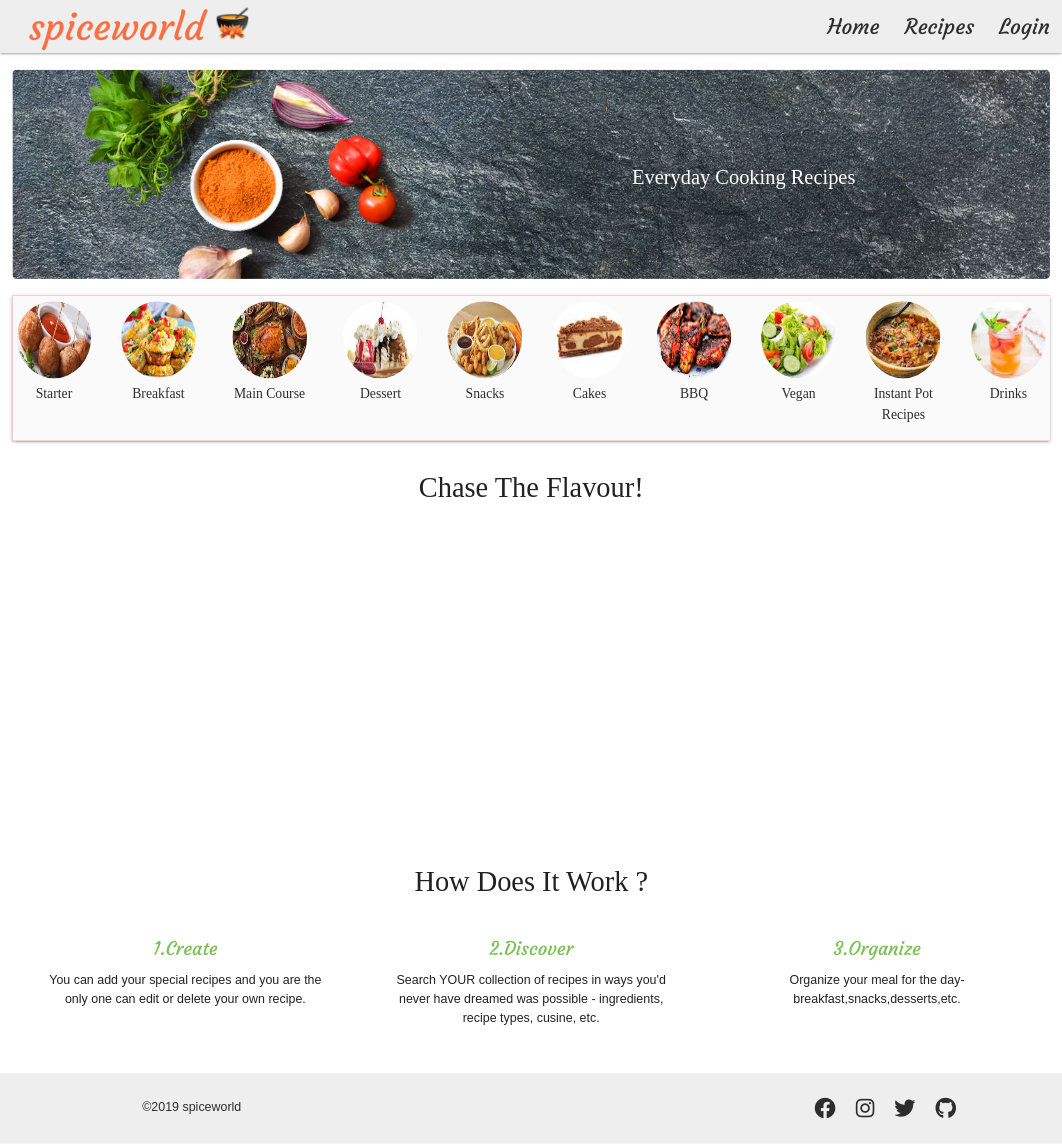
Repository: stephyraju/spiceworld
Page: http://localhost/
The author's editor kept a record of every edit. The page is drawn from the files as they stood at one moment, then again after the next edit.
The browser window is 1280 px wide. The pictures show the whole page, at 83% of full size.
Some web libraries are served in a nearby version. The page is served by the project's application, run on Flask 3 (app.py). Queries for data that is not in the repository find no rows.

Above is the page before.
Console error: TypeError: Cannot read properties of undefined (reading 'clientWidth')

### templates/index.html
{% extends 'base.html'%} {% block content %}
<!-- Title image -->
<section class="title-container section-container">
 <img src="{{ url_for('static', filename='images/titleimg.jpg') }}" alt="title image">
 <div class="intro-content">
  <h5>Everyday Cooking Recipes</h5>
 </div>
</section>

<!-- Subnav-Category -->
<section class="category-container section-container">
<nav>
    <div class="nav-wrapper grey lighten-5 subnav-filters">
      <ul class="menu-list center">
        <li>
        <img class="subnav-img" src="{{ url_for('static', filename='images/starter.jpeg') }}" alt="Starter">
        <a href="{{ url_for('get_starter') }}">Starter</a>
        </li>
        <li>
        <img class="subnav-img" src="{{ url_for('static', filename='images/bf.jpeg') }}" alt="Breakfast">
        <a href="{{ url_for('get_breakfast') }}">Breakfast</a>
        </li>
        <li>
        <img class="subnav-img" src="{{ url_for('static', filename='images/main.jpeg') }}" alt="Main Course">
        <a href="{{ url_for('get_main') }}">Main Course</a>
        </li>
        <li>
        <img class="subnav-img" src="{{ url_for('static', filename='images/dessert.jpeg') }}" alt="Dessert">
        <a href="{{ url_for('get_dessert') }}">Dessert</a>
        </li>
        <li>
        <img class="subnav-img" src="{{ url_for('static', filename='images/snacks.jpeg') }}" alt="Snacks">
        <a href="{{ url_for('get_snacks') }}">Snacks</a>
        </li>
        <li>
        <img class="subnav-img" src="{{ url_for('static', filename='images/cakes.jpeg') }}" alt="Cakes">
        <a href="{{ url_for('get_cakes') }}">Cakes</a>
        </li>
        <li>
        <img class="subnav-img" src="{{ url_for('static', filename='images/bbq.jpeg') }}" alt="BBQ">
        <a href="{{ url_for('get_bbq') }}">BBQ</a>
        </li>
        <li>
        <img class="subnav-img" src="{{ url_for('static', filename='images/vegan.jpeg') }}" alt="VeganRecipes">
        <a href="{{ url_for('get_vegan') }}">Vegan</a>
        </li>
        <li>
        <img class="subnav-img" src="{{ url_for('static', filename='images/instant.jpeg') }}" alt="Instant Pot Recipes">
        <a href="{{ url_for('get_instant') }}">Instant Pot<br> Recipes</a>
        </li>
        <li>
        <img class="subnav-img" src="{{ url_for('static', filename='images/drinks.jpeg') }}" alt="Drinks">
        <a href="{{ url_for('get_drinks') }}">Drinks</a>
        </li>
      </ul>
    </div>
  </nav>

<!--

   <nav>
    <div class="nav-wrapper transparent subnav-filters">
      <ul class="center hide-on-med-and-down">
        <li>
        <img class="subnav-img" src="{{ url_for('static', filename='images/starter.jpeg') }}" alt="Starter">
        <a href="{{ url_for('get_starter') }}">Starter</a>
        </li>
        <li><a href="badges.html">Components</a></li>
        <li><a href="collapsible.html">JavaScript</a></li>
      </ul>
    </div>
  </nav>
  -->
</section>
<!-- Carosal-Display -->
<section class="carosal-section">
        <div class="col s12 carousel-display ">
        <h4 class="center">Chase The Flavour!</h4>
            <div class="carousel">
                {% for recipe in recipes%}
                <div class="carousel-item">
                    <div class="row">
                        <div class="col s12">
                            <a href="{{url_for('view_recipe', recipe_id=recipe._id)}}">
                                {% if recipe.image_url %}
                                <img class="responsive-img"
                                    src="{{recipe.image_url}}">
                                {% else %}
                                <img class="img-carousel" src="{{url_for('static', filename='img/default.jpg')}}">
                                {% endif %}
                            </a>
                        </div>
                    </div>
                    <div class="row recipe-name">
                        <div class="col s12 center-align">
                            <h5 class="teal-text"> {{recipe.recipe_name}} </h5>
                        </div>
                    </div>

                </div>
                {% endfor %}
            </div>
        </div>

    </section>

<!-- Description -->
<section class="section-container div-description">
 <div class="row cells center">
  <div class="col s12">
   <h4> How Does It Work ?</h3>
  </div>
  <div class="col s12 m4 content">
   <h5>1.Create</h5>
   <p>You can add your special recipes and you are the only one can edit or delete your own recipe.</p>
  </div>
  <div class="col s12 m4 content">
   <h5>2.Discover</h5>
   <p>Search YOUR collection of recipes in ways you'd never have dreamed was possible - ingredients, recipe types, cusine, etc. </p>
  </div>
  <div class="col s12 m4 content">
   <h5>3.Organize</h5>
   <p>Organize your meal for the day-breakfast,snacks,desserts,etc. </p>
  </div>
 </div>
</section>

{% endblock %}

### templates/base.html
<!DOCTYPE html>
<html lang="en">

<head>
  <meta charset="UTF-8">
  <meta name="viewport" content="width=device-width, initial-scale=1.0">
  <meta http-equiv="X-UA-Compatible" content="ie=edge">
  <title>spiceworld</title>

  <!--Import Google Icon Font-->
  <link href="https://fonts.googleapis.com/icon?family=Material+Icons" rel="stylesheet">
  <!--Font Awesome-->
  <link rel="stylesheet" href="https://use.fontawesome.com/releases/v5.8.2/css/all.css" integrity="sha384-oS3vJWv+0UjzBfQzYUhtDYW+Pj2yciDJxpsK1OYPAYjqT085Qq/1cq5FLXAZQ7Ay" crossorigin="anonymous">
  <!--Materialize CSS-->
  <link rel="stylesheet" href="https://cdnjs.cloudflare.com/ajax/libs/materialize/1.0.0/css/materialize.min.css">
  <!--CSS-->
  <link rel="stylesheet" href="{{ url_for('static', filename='css/style.css')}}" type="text/css" />

</head>

<body>

  <!--Header-->
  <header class="navbar-fixed">
    <nav>
      <div class="nav-wrapper grey lighten-3">
        <a href="#" class="brand-logo">spiceworld <img class="hide-on-med-and-down" src="{{ url_for('static', filename='images/logo.png') }}"></a>
        <a href="#" data-target="mobile-sidenav" class="sidenav-trigger"><i class="fas fa-bars"></i></a>
        <ul id="nav-mobile" class="right hide-on-med-and-down">
          <li><a href="{{ url_for('index') }}">Home</a></li>
          <li><a href="{{ url_for('get_recipes') }}">Recipes</a></li>
          {% if 'username' in session %}
          <li><a href="{{ url_for('add_recipe') }}">Add Recipes</a></li>
          {% endif %}
          <li><a href="{{url_for('login')}}">Login</a></li>
          {% if 'username' in session %}
          <li><a href="{{url_for('logout')}}">Logout</a></li>
          {% endif %}
        </ul>
      </div>
    </nav>
  </header>
  <!--Sidenav-->
  <ul class="sidenav" id="mobile-sidenav">
    <img class="responsive-img" src="{{ url_for('static', filename='images/sidenav.png') }}" alt="spices-image">

    <li><a class="active" href="{{ url_for('index') }}">Home</a></li>
    <li><a href="{{ url_for('get_recipes') }}">Recipes</a></li>
          <li><a href="{{ url_for('add_recipe') }}">Add Recipes</a></li>
          <li><a href="{{url_for('login')}}">Login</a></li>
    <li><a class="waves-effect" href="#!">Third Link With Waves</a></li>
  </ul>

  <main>
    {% block content %}
    {% endblock %}
  </main>

  <footer class="page-footer grey lighten-3">

     <div class="row footer-content">
        <div class="col s5 m6">
          <div class="copyright">&copy;2019 spiceworld</div>
        </div>
        <div class="col s7 m3">
                    <a href="https://www.facebook.com/" target="_blank"><i class="fab fa-facebook social-icon"></i></a>
                    <a href="https://www.instagram.com/" target="_blank"><i class="fab fa-instagram social-icon"></i></a>
                    <a href="https://www.twitter.com/" target="_blank"><i class="fab fa-twitter social-icon"></i></a>
                    <a href="https://github.com/stephyraju" target="_blank"><i class="fab fa-github social-icon"></i></a>
        </div>

      </div>

  </footer>

  <script src="https://code.jquery.com/jquery-3.4.0.slim.js" integrity="sha256-milezx5lakrZu0OP9b2QWFy1ft/UEUK6NH1Jqz8hUhQ=" crossorigin="anonymous"></script>
  <script src="https://cdnjs.cloudflare.com/ajax/libs/materialize/1.0.0/js/materialize.min.js"></script>
  <script src="{{ url_for('static', filename='js/main.js') }}"></script>
</body>

</html>

### app.py
import os
from flask import Flask, render_template, redirect, request, url_for, session, flash
from flask_pymongo import PyMongo
from bson.objectid import ObjectId
import bcrypt
import logging


# declaring app name
app = Flask(__name__)

app.config['SECRET_KEY'] = os.getenv('SECRET')
app.config["MONGO_DBNAME"] = 'cook_book'
app.config["MONGO_URI"] = os.getenv('MONGO_URI', 'mongodb://localhost')

# Logging Config
logging.basicConfig(level=logging.INFO)


mongo = PyMongo(app)

@app.route('/')
@app.route('/index')
def index():

    return render_template("index.html", recipes=mongo.db.recipes.find())

#@app.route('/get_recipes',methods=['POST','GET'])
#def get_recipes():
 #   return render_template("recipes.html", recipes=mongo.db.recipes.find())


# -------CREATE---------#

@app.route('/add_recipe')
def add_recipe():
     return render_template("addrecipe.html",
               recipes=mongo.db.recipes.find(),
               categories = mongo.db.categories.find(),
               cuisines=mongo.db.cuisines.find(),
               difficulty=mongo.db.difficulty.find(),
               allergens=mongo.db.allergens.find())


@app.route('/insert_recipe', methods=['POST'])
def insert_recipe():
    print(request.form)
    print(request.form.getlist('ingredients[]'))
    print(request.form.getlist('preparation[]'))
    print(request.form.to_dict())
    recipes = mongo.db.recipes
    data = request.form.to_dict()
    data.update({'ingredients':request.form.getlist('ingredients[]')})
    data.update({'preparation':request.form.getlist('preparation[]')})
    del data['ingredients[]']
    del data['preparation[]']
    recipes.insert_one(data)
    return redirect(url_for('get_recipes'))

#-------READ--------#

@app.route("/get_recipes", methods=['GET'])
def get_recipes():
    return render_template('recipes.html',
                         recipes=mongo.db.recipes.find(),
                         categories = mongo.db.categories.find())

@app.route('/view_recipe/recipe_id?=<recipe_id>')
def view_recipe(recipe_id):
    recipe = mongo.db.recipes.find_one({"_id": ObjectId(recipe_id)})
    return render_template('view.html',
                        title='View Recipe',
                        username=session['username'],
                        recipe=recipe)
#-----------Search-----------#
@app.route('/search', methods=['POST'])
def search():
    print(request.form)
    print(request.form.to_dict())
    word_find = request.form["word_find"]
    mongo.db.recipes.create_index([("$**", 'text')])
    recipes = mongo.db.recipes.find({"$text":{"$search": word_find}})
    return render_template('recipes.html',
                            title="View recipes",
                            recipes=recipes,
                            username=session['username'],
                            categories = mongo.db.categories.find(),
                            cuisines=mongo.db.cuisines.find(),
                            difficulty=mongo.db.difficulty.find(),
                            allergens=mongo.db.allergens.find())


@app.route('/get_starter', methods=['GET'])
def get_starter():
    return render_template('recipes.html', title='Starters', recipes=mongo.db.recipes.find({'category_name': 'Starter'}))

@app.route('/get_breakfast', methods=['GET'])
def get_breakfast():
    return render_template('recipes.html', title='Desserts', recipes=mongo.db.recipes.find({'category_name': 'Breakfast'}))

@app.route('/get_main', methods=['GET'])
def get_main():
    return render_template('recipes.html', title='Main course', recipes=mongo.db.recipes.find({'category_name': 'Main Course'}))

@app.route('/get_dessert', methods=['GET'])
def get_dessert():
    return render_template('recipes.html', title='Desserts', recipes=mongo.db.recipes.find({'category_name': 'Dessert'}))

@app.route('/get_snacks', methods=['GET'])
def get_snacks():
    return render_template('recipes.html', title='Snacks', recipes=mongo.db.recipes.find({'category_name': 'Snacks'}))

@app.route('/get_cakes', methods=['GET'])
def get_cakes():
    return render_template('recipes.html', title='Cakes', recipes=mongo.db.recipes.find({'category_name': 'Cakes'}))

@app.route('/get_bbq', methods=['GET'])
def get_bbq():
    return render_template('recipes.html', title='BBQ', recipes=mongo.db.recipes.find({'category_name': 'BBQ'}))

@app.route('/get_vegan', methods=['GET'])
def get_vegan():
    return render_template('recipes.html', title='Vegan', recipes=mongo.db.recipes.find({'category_name': 'Vegan'}))

@app.route('/get_instant', methods=['GET'])
def get_instant():
    return render_template('recipes.html', title='Instant Pot', recipes=mongo.db.recipes.find({'category_name': 'Instant Pot'}))

@app.route('/get_drinks', methods=['GET'])
def get_drinks():
    return render_template('recipes.html', title='Drinks', recipes=mongo.db.recipes.find({'category_name': 'Drinks'}))

#-----------UPDATE-----------#

@app.route('/edit_recipe/<recipe_id>',methods=['GET'])
def edit_recipe(recipe_id):
    recipe = mongo.db.recipes.find_one({"_id":ObjectId(recipe_id)})
    return render_template('editrecipe.html',
                            recipe=recipe,
                            categories=mongo.db.categories.find(),
                            cuisine=mongo.db.cuisine.find(),
                            difficulty=mongo.db.difficulty.find(),
                            allergens=mongo.db.allergens.find())

@app.route('/update_recipe/<recipe_id>', methods=["POST"])
def update_recipe(recipe_id):
    print(mongo.db.recipes.find_one({"_id": ObjectId(recipe_id)}))
    print(request.form)
    print(request.form.to_dict())
    recipes = mongo.db.recipes
    recipes.update({"_id":ObjectId(recipe_id)},
        {
        'recipe_name':request.form.get('recipe_name'),
        'author':request.form.get('author'),
        'category_name':request.form.get('category_name'),
        'description': request.form.get('description'),
        'serves':request.form.get('serves'),
        'cooking_time':request.form.get('cooking_time'),
        'cuisine':request.form.get('cuisine'),
        'difficulty':request.form.get('difficulty'),
        'allergens':request.form.get('allergens'),
        'image_url' :request.form.get('image_url'),
        'ingredients':request.form.getlist('ingredients[]'),
        'preparation':request.form.getlist('preparation[]')
        })
    return redirect(url_for('view_recipe',recipe_id=recipe_id))

#-----------DELETE-----------#
@app.route('/delete_recipe/<recipe_id>')
def delete_recipe(recipe_id):
    mongo.db.recipes.remove({"_id":ObjectId(recipe_id)})
    return redirect(url_for('get_recipes'))

#-----------Register-----------#
#https://www.youtube.com/watch?v=vVx1737auSE

@app.route('/register', methods=['GET','POST'])
def register():
    logging.info('Inside Registering.....')
    if request.method == 'POST':
        logging.info('User name: ' + str(request.form['username'].lower()))
        session['username'] = request.form['username'].lower()
        logging.info('Mongo User: ' + str(mongo.db.users))
        users = mongo.db.users
        user_exists = users.find_one({'author':request.form['username'].lower()})
        logging.info('User exists: ' + str(user_exists))

        if user_exists is None:
            logging.info('User Does not exist. Creating new user')
            hashpass = bcrypt.hashpw(request.form['password'].encode('utf-8'), bcrypt.gensalt())
            users.insert({'author':request.form['username'].lower(), 'password':hashpass})
            session['username'] = request.form['username'].lower()
            return redirect(url_for('get_recipes'))

        flash('Username already exists, please choose a different one.')
        logging.info('User already exist. Skipping new user')
        session.pop('username', None)
        return render_template('register.html', title="Register")

    return render_template('register.html', title="Register")

#-----------Login-----------#

@app.route('/login',methods=['GET','POST'])
def login():
    if request.method == 'POST':
        session["username"] = request.form["username"].lower()
        users = mongo.db.users
        user_login = users.find_one({'author':request.form['username'].lower()})

        if user_login:
            if bcrypt.hashpw(request.form['password'].encode('utf-8'), user_login['password']) == user_login['password']:
                # session["username"] = request.form["username"].lower()
                return redirect(url_for('get_recipes'))

        flash('The login details are not correct')
        session.pop('username', None)
        return render_template('login.html',  title="Login")

    return render_template('login.html',  title="Login")

#-----------Logout-----------#
@app.route('/logout')
def logout():
   # remove the username from the session if it is there
   session.pop('username', None)
   return redirect(url_for('index'))

#-----------Account-----------#
@app.route("/account/<account_name>, methods=['GET']")
def account(account_name):
    logging.info("Account Name is: " + str(account_name))
    #users = mongo.db.users
    #logging.info("Users are: " + str(users))
    #logging.info("Users find all are: " + str(users.find()))
    #user_exists = users.find_one({'author':request.form['users'].lower()})
    #logging.info('User exists: ' + str(user_exists))


    recipes_submitted_by_user = mongo.db.recipes.find(
            {"username": account_name})
    logging.info("Recipes submitted by user: " + str(recipes_submitted_by_user))

    total_recipes_by_user = recipes_submitted_by_user.count()
    if account_name != session.get('username'):
        flash("You can only access your own account page.")
        return redirect(url_for('index'))
    else:
        users = mongo.db.users.find_one({"username": account_name})
        recipe_submitted_by_user = mongo.db.recipes.find(
            {"username": account_name})
    return render_template('account.html',
                            users_recipes=recipe_submitted_by_user,
                            total_recipes_by_user = recipes_submitted_by_user.count() )

if __name__ == '__main__':
    app.run(host=os.environ.get('IP'),
            port=int(os.environ.get('PORT')),
            debug=True)

### static/css/style.css
@import url('https://fonts.googleapis.com/css?family=Courgette&display=swap');

body {
  font-family: 'ProximaNova Regular', sans-serif;
  display: flex;
  flex-direction: column;
  min-height: 100vh;
  overflow-x: hidden;
}
main {
    flex: 1 0 auto;
  }

.section-container {
  max-width: 100%;
  margin-left: auto;
  margin-right: auto;
  padding-left: 15px;
  padding-right: 15px;
  border-radius: 5px;
}

/* -------- Nav Bar ----------*/

nav {
  font-family: 'Courgette', 'sans-serif';
}

nav .brand-logo {
  color: #ff6e40;
  font-size: 3rem;
  font-family: 'Courgette', 'cursive', 'sans-serif';
  -webkit-transition: 0.2s;
  -o-transition: 0.2s;
  transition: 0.2s;
}

@media screen and (min-width: 993px) {
  nav .brand-logo {
    margin-left: 2.3rem;
  }
}

nav ul a {
  color: #2d2d2d;
  font-size: 1.7rem;
  font-family: 'Courgette', 'sans-serif';
}

nav ul a:hover,
nav ul .active {
  color: #76c14f;
}

.fa-bars {
  color: #ff6e40;
}

h4,
h5 {
  font-family: 'Muli', 'sans-serif';
}

/*--------Title----------*/

.title-container {
  position: relative;
  text-align: center;
  color: white;
  width: 100%;
  margin-top: 20px;
}

.title-container img {
  display: block;
  width: 100%;
  height: 35vh;
  object-fit: cover;
  border-radius: 5px;
}

.intro-content {
  position: absolute;
  top: 50%;
  left: 70%;
  transform: translate(-50%, -50%);
}

/*--------Subnav-Category---------*/

.category-container {
  font-size: 1.2rem;
  margin-top: 20px;
  height: 150px;
}

.subnav-img {
  border-radius: 50%;
  width: 100px;
  height: 100px;
  padding-top: 7px;
  padding-left: 5px;
  padding-right: 5px;
}

.category-container .menu-list {
  display: flex;
  justify-content: space-between;
}

.category-container nav ul a {
  color: #2d2d2d;
  font-size: 1.1rem;
  font-family: 'Muli', 'sans-serif';
}

.menu-list {
  overflow-y: scroll;
}

@media only screen and (min-width: 601px) {
  .catergory-container nav,
  nav .nav-wrapper i {
    height: 164px;
    line-height: 25px;
  }
}

@media only screen and (min-width:320px) {
  .category-container nav,
  nav .nav-wrapper i{
    height: 175px;
    line-height: 25px;
  }
}
/*-----carousel slider----- */

.carousel-display h4 {
  padding-top: 40px;
}

.carousel .carousel-item {
  width: 300px;
  height: 300px;
}

.img-carousel {
  width: 200px;
  box-shadow: 2px 2px 12px #3f1e09;
}

.carousel .recipe-name {
  visibility: hidden;
}

.carousel .active .recipe-name {
  visibility: visible;
}

/*--------Description---------*/

.cells h4 {
  font-family: 'Muli', 'sans-serif';
}

.cells h5 {
  color: #76c14f;
  font-size: 1.5rem;
  font-family: 'Courgette', sans-serif;
}

p {
  padding-left: 30px;
  padding-right: 30px;
}

.content {
  margin-top: 20px;
  margin-bottom: 20px;
}


/*--------Recipes---------*/

.recipe-card .card .card-image img {
  display: block;
  position: relative;
  width: 100%;
  height: 200px;
}

.recipe-card .card-content {
  height: 150px;
}

.card-label {
  position: absolute;
  font-size: 0.8rem;
  top:10px;
  right: 10px;
  margin-top: 7px;
  padding: 2px 8px;
  border: 1px;
  color: white !important;
  background-color: #00528b;
  text-transform: uppercase;
  z-index: 1;
}
.cat-name{
   display: block;
}
/*--------View Recipe---------*/

.icon-color {
  color: rgb(109, 174, 177);
}

.recipe-view .card {
  background-color: #fcf4ec;
}

.preparation ol li {
  padding: 0px 15px 15px 15px;
}

.ingredients ul li {
  padding: 0px 15px 15px 15px;
  list-style-type: square;
}


/*--------Footer---------*/

.page-footer i {
  color: #2d2d2d;
}

.page-footer i:hover {
  color: #ff6e40;
}

.page-footer {
  min-height: 45px;
}

.footer-content {
  display: flex;
  color: #2d2d2d;
}

.copyright {
  padding-top: 10px;
}

.social-icon {
  margin: 10px;
  color: white;
  font-size: 1.7rem;
}

Loaded but not shown: static/js/main.js (47 lines, source omitted)

After the next edit:
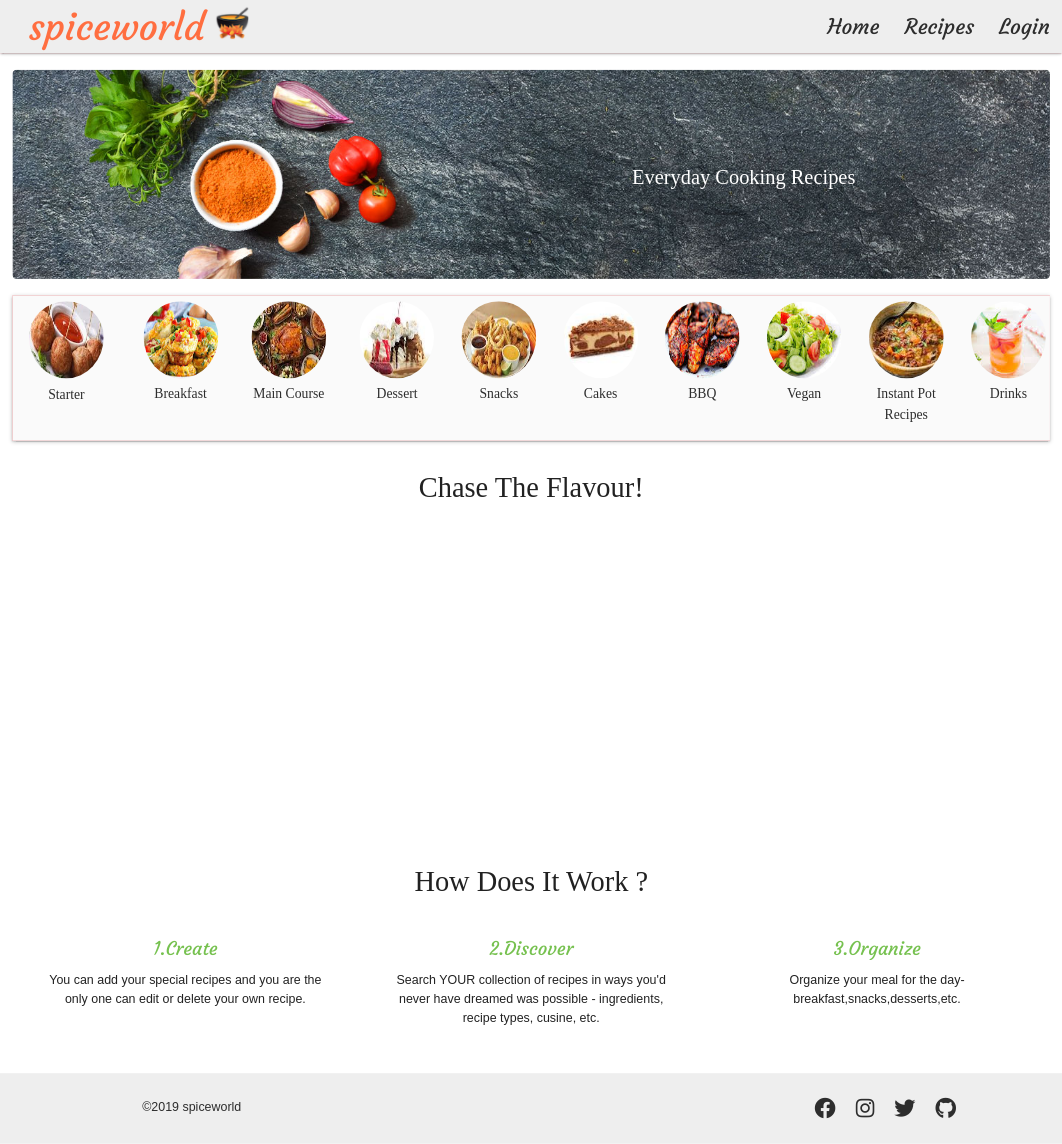
The edit:
--- a/templates/index.html
+++ b/templates/index.html
@@ -13,7 +13,8 @@
     <div class="nav-wrapper grey lighten-5 subnav-filters">
       <ul class="menu-list center">
         <li>
-        <img class="subnav-img" src="{{ url_for('static', filename='images/starter.jpeg') }}" alt="Starter">
+        <a href="{{ url_for('get_starter') }}">
+        <img class="subnav-img" src="{{ url_for('static', filename='images/starter.jpeg') }}" alt="Starter"></a>
         <a href="{{ url_for('get_starter') }}">Starter</a>
         </li>
         <li>
